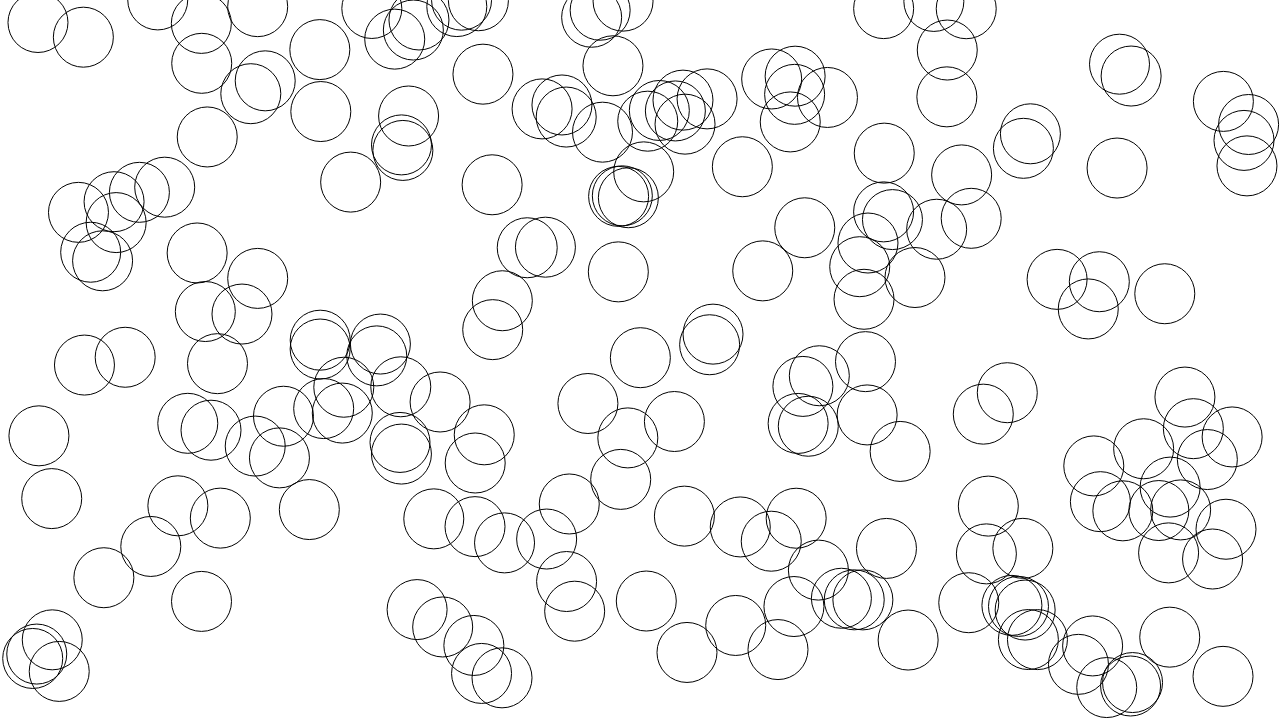
Repository: MikeTroianello/canvas-testing
Page: index.html
The author's editor kept a copy of each file at every save. The page is drawn from the files as they stood at one save, then again after the next save.
The browser window is 1280 px wide. The pictures show the whole page.

Above is the page before, as saved 2019-06-05 14:16:12.

After the next save:
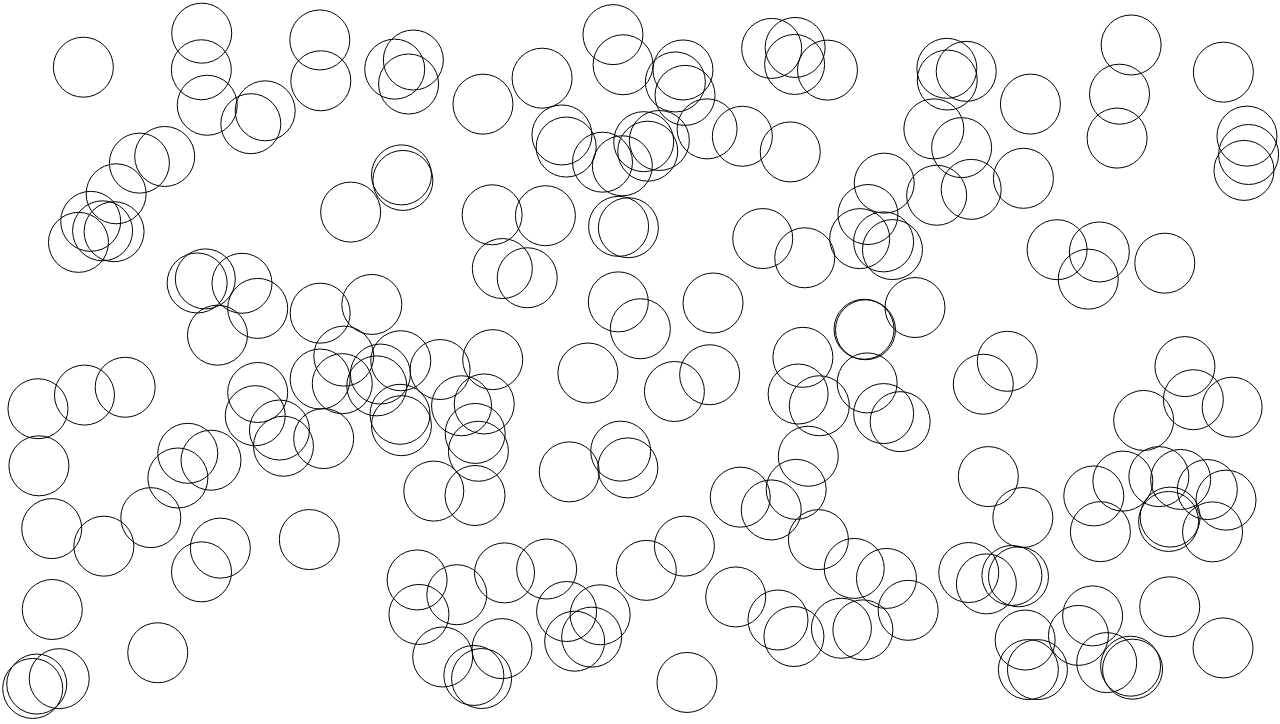
Saved 11 s later.
--- a/canvas.js
+++ b/canvas.js
@@ -73,7 +73,7 @@ var circleArray = [];
 for (let i = 0; i < 200; i++) {
   let r = 30;
   let x = Math.random() * (innerWidth - r * 2) + r;
-  let y = Math.random() * (innerHeight - r * 2);
+  let y = Math.random() * (innerHeight - r * 2) + r;
   let dx = (Math.random() - 0.5) * 5;
   let dy = (Math.random() - 0.5) * 5;
   circleArray.push(new Circle(x, y, dx, dy, r));
